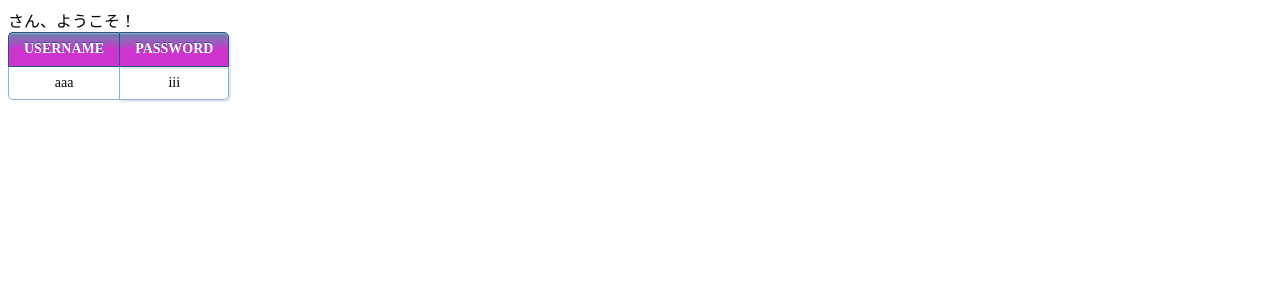
Repository: fujita0830/learning
Page: http://localhost/WebProj4/login.jsp
The author's editor kept a copy of each file at every save. The page is drawn from the files as they stood at one save, then again after the next save.
The browser window is 1280 px wide. The pictures show the whole page.
The page is served by Tomcat 9. Other server files are loaded and not shown.

Above is the page before, as saved 2018-12-27 01:06:45.

### WebProj4/WebContent/login.jsp
<%@ page language="java" contentType="text/html; charset=UTF-8"
    pageEncoding="UTF-8"%>
<%@ taglib prefix="s" uri="/struts-tags" %>
<!DOCTYPE html PUBLIC "-//W3C//DTD HTML 4.01 Transitional//EN" "http://www.w3.org/TR/html4/loose.dtd">
<html>
<head>
<meta http-equiv="Content-Type" content="text/html; charset=UTF-8">
<link rel="stylesheet" type="text/css" href="./css/style.css">

<title>LOGIN</title>
</head>
<body>

<s:property value="LoginDTOList.get(0).username"/>さん、ようこそ！
<br>
<table>
<tbody>
<tr>
  <th>USERNAME</th>
  <th>PASSWORD</th>
</tr>
<tr>
 <td>aaa</td>
 <td>iii</td>
</tr>
</tbody>
</table>

</body>
</html>

### WebProj4/WebContent/css/style.css
@CHARSET "UTF-8";

table{
	width:auto;
	border-spacing:0;
	font-size:14px;
}

table th{
	color:#fff;
	padding:8px 15px;
	background:#258;
	background:linear-gradient(rgba(34,85,136,0.7),rgba(200,30,200,0.9)50%);
	font-weight:bold;
	border-left:1px solid #258;
	border-top:1px solid #258;
	border-bottom:1px solid #258;
	line-height:120%;
	text-align:center;
	text-shadow:0 -1px 0 rgba(34,85,136,0.9);
	box-shadow:0px 1px 1px rgba(255,255,255,0.3) inset;
}

table th:first-child{
	border-radius:5px 0 0 0;
}
table th:last-child{
	border-radius:0 5px 0 0;
	border-right:1px solid #258;
	box-shadow:2px 2px 1px rgba(0,0,0,0.1),0px 1px 1px rgba(255,255,255,0.3)inset;
}

table tr td{
	padding:8px 15px;
	border-bottom:1px solid #84b2e0;
	border-left:1px solid #84b2e0;
	text-align:center;
}
table tr td:last-child{
	border-right:1px solid #84b2e0;
	box-shadow:2px 2px 1px rgba(0,0,0,0.1);
}

table tr:last-child td:first-child{
	border-radius: 0 0 0 5px;
}

table tr:last-child td:last-child{
	border-radius: 0 0 5px 0;
}
table tr:hover{
	background: #bbd4ee;
	cursor: pointer;
}

After the next save:
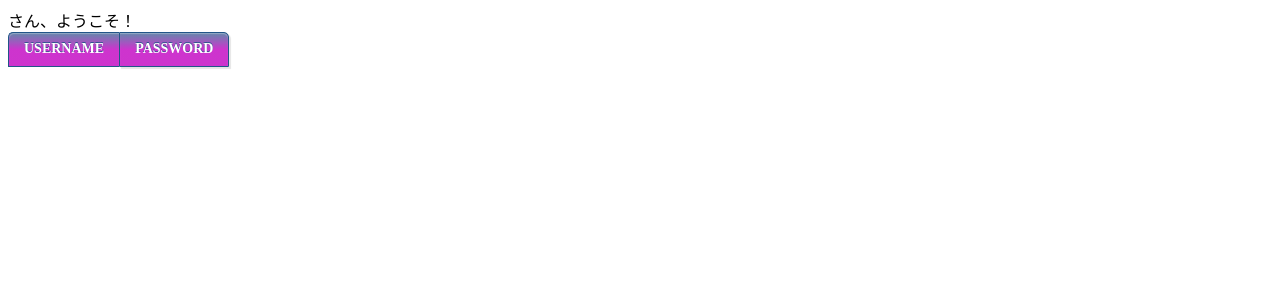
Saved 6 min 1 s later.
--- a/WebProj4/WebContent/login.jsp
+++ b/WebProj4/WebContent/login.jsp
@@ -20,8 +20,10 @@
   <th>PASSWORD</th>
 </tr>
 <tr>
- <td>aaa</td>
- <td>iii</td>
+<s:iterator value="loginDTOlist">
+  <td><s:property value="username"/></td>
+  <td><s:property value="password"/></td>
+</s:iterator>
 </tr>
 </tbody>
 </table>
